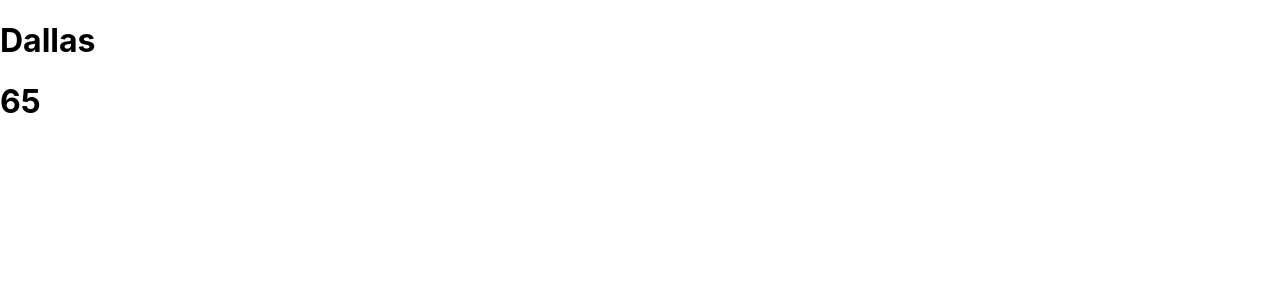
Repository: cakuang1/kanyequotes
Page: /
An editor plug-in stored every save of this project. The page is shown before and after the next save, followed by the edit.
The browser window is 1280 px wide. The pictures show the whole page.
The project was rebuilt for these pictures with package versions that can differ from the ones it lists, and the page was loaded fresh each time.

Above is the page before, as saved 2022-07-16 15:07:47.

### src/App.js
import axios from 'axios';
import React,{useState} from 'react';




function App() {

  const url = 'https://api.openweathermap.org/data/2.5/weather?q=sanfrancisco&appid=8b4c41ca9585c94ca791570267e7f977'
  return (
    <div className="app">
        <div className='container'>
          <div className='top'>
            <div className='location'>
              <h1> Dallas</h1>
            </div>
            <div className='temp'>
              <h1>65</h1>

            </div>
          </div>
          <div className='bottome'>


          </div>


        </div>
    </div>
  );
}

export default App;

Loaded but not shown: public/index.html (common file); src/index.js (common file); src/index.css (common file)

After the next save:
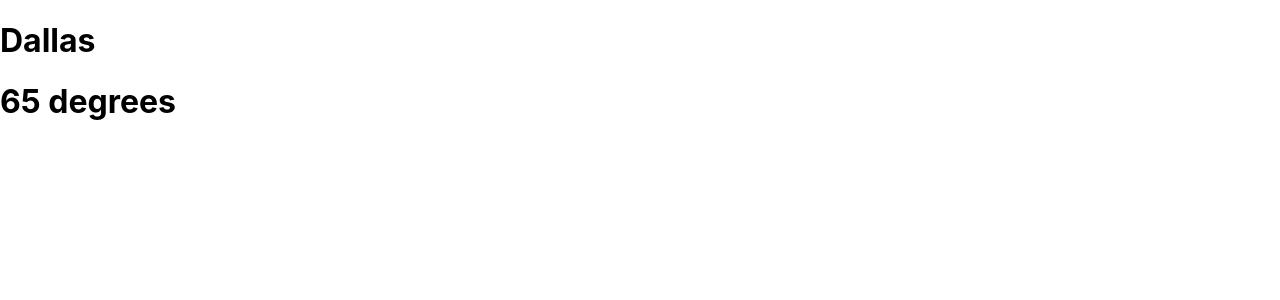
Saved 11 s later.
--- a/src/App.js
+++ b/src/App.js
@@ -15,7 +15,7 @@ function App() {
               <h1> Dallas</h1>
             </div>
             <div className='temp'>
-              <h1>65</h1>
+              <h1>65 degrees</h1>
 
             </div>
           </div>
